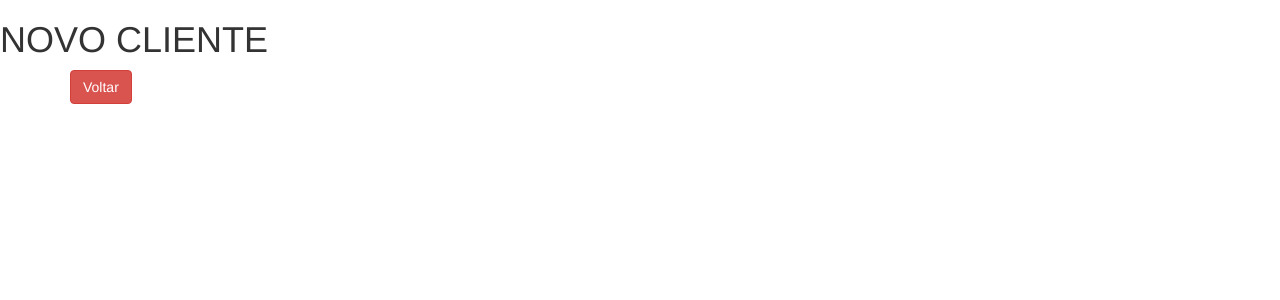
Repository: diegokunha/LojinhaGuru
Page: http://localhost/LojinhaGuru/novoCliente
An editor plug-in stored every save of this project. The page is shown before and after the next save, followed by the edit.
The browser window is 1280 px wide. The pictures show the whole page.
Some web libraries are served in a nearby version. The page is served by Tomcat 9.

Above is the page before, as saved 2017-10-04 02:19:41.

After the next save:
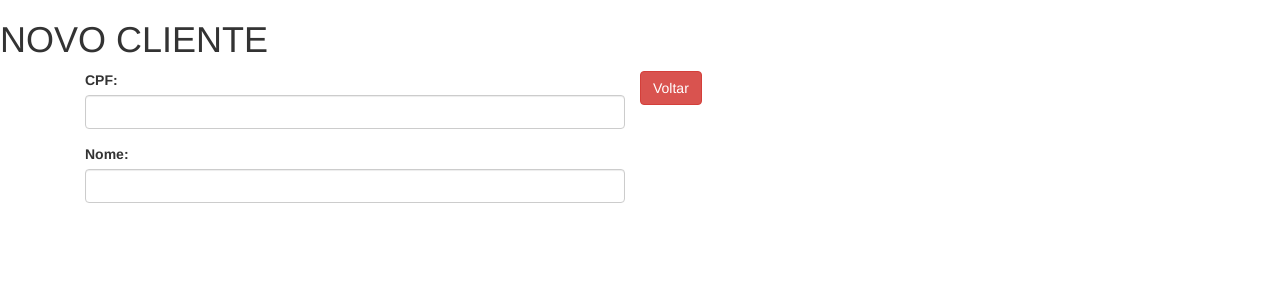
Saved 10 min 6 s later.
--- a/LojinhaGuru/WebContent/WEB-INF/views/jsp/adicionaCliente.jsp
+++ b/LojinhaGuru/WebContent/WEB-INF/views/jsp/adicionaCliente.jsp
@@ -1,5 +1,5 @@
 <%@ page language="java" contentType="text/html; charset=utf-8"
-    pageEncoding="utf-8"%>
+	pageEncoding="utf-8"%>
 <!DOCTYPE html PUBLIC "-//W3C//DTD HTML 4.01 Transitional//EN" "http://www.w3.org/TR/html4/loose.dtd">
 <html>
 <head>
@@ -18,11 +18,22 @@
 <title>Insert title here</title>
 </head>
 <body>
-<h1>NOVO CLIENTE</h1>
-<div class="container">
+	<h1>NOVO CLIENTE</h1>
+	<div class="container">
+
 		<form action="adicionaCliente" method="post">
+			<div class="col-sm-6">
+				<div class="form-group">
+					<label for="cpf">CPF:</label> <input type="text" class="form-control" id="cpf">
+				</div>
+				<div class="form-group">
+					<label for="nome">Nome:</label> <input type="text"	class="form-control" id="nome">
+				</div>
+			</div>
+			<div class="col-sm-6"></div>
 			<a href="clientes"><button type="button" class="btn btn-danger">Voltar</button></a>
 		</form>
+
 	</div>
 </body>
 </html>
